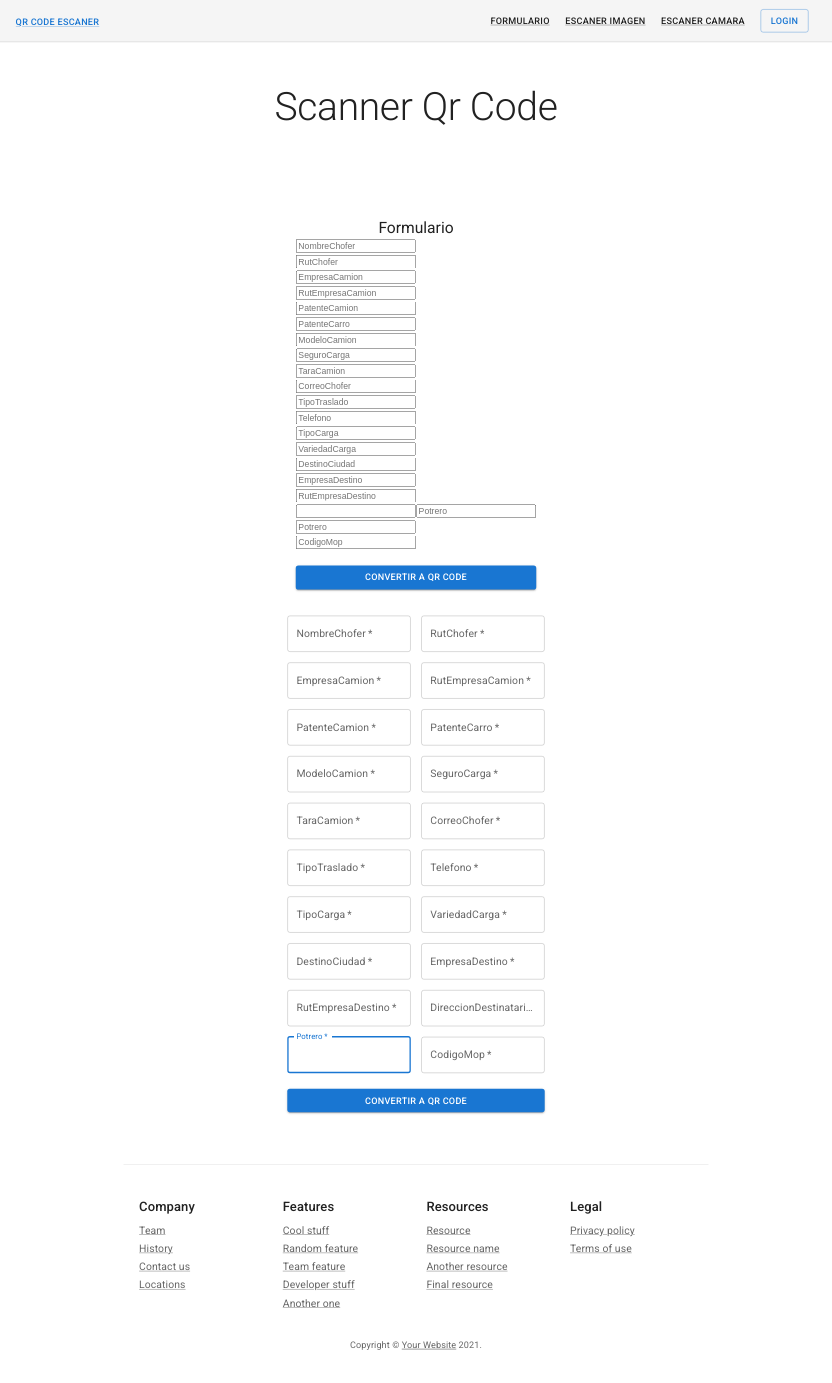
Repository: FlamesAlejandro/QrCodeForm
Page: /form
An editor plug-in stored every save of this project. The page is shown before and after a run of saves, followed by the edit.
The browser window is 1280 px wide. The pictures show the whole page, at 65% of full size.
The project was rebuilt for these pictures with package versions that can differ from the ones it lists, and the page was loaded fresh each time. Also part of the build but not shown: src/App.css, src/components/pages/ImagenEscaner.js, src/components/pages/CamaraEscaner.js, src/components/pages/Home.js.

Above is the page before, as saved 2021-10-24 07:53:46.

### src/App.js
import './App.css';
import { AppRouter } from './routers/AppRouter';

function App() {
  return (
    <>
      <AppRouter />
    </>
  );
}

export default App;

### src/routers/AppRouter.js
import React from 'react'
import { Switch, Route, Redirect, BrowserRouter as Router } from 'react-router-dom'
import CssBaseline from '@mui/material/CssBaseline';
import Typography from '@mui/material/Typography';
import GlobalStyles from '@mui/material/GlobalStyles';
import Container from '@mui/material/Container';
import { MainNavbar } from '../components/ui/MainNavbar';
import { MainFooter } from '../components/ui/MainFooter';
import { Form } from '../components/pages/Form';
import { ImagenEscaner } from '../components/pages/ImagenEscaner';
import { CamaraEscaner } from '../components/pages/CamaraEscaner';
import { Home } from '../components/pages/Home';

export const AppRouter = () => {
    return (
        <>
        <Router>
            <GlobalStyles styles={{ ul: { margin: 0, padding: 0, listStyle: 'none' } }} />
                <CssBaseline />

                <MainNavbar />

                {/* Hero unit */}
                <Container disableGutters maxWidth="sm" component="main" sx={{ pt: 8, pb: 6 }}>
                    <Typography
                    component="h1"
                    variant="h2"
                    align="center"
                    color="text.primary"
                    gutterBottom
                    >
                    Scanner Qr Code
                    </Typography>

                </Container>

                {/* Contenido */}
                <Container maxWidth="md" component="main">

                    <Switch>
                        <Route exact path="/form" component={ Form } />
                        <Route exact path="/imagen" component={ ImagenEscaner } />
                        <Route exact path="/camara" component={ CamaraEscaner } />
                        <Route exact path="/home" component={ Home } />
                        <Redirect to="/home" />
                    </Switch>

                </Container>

                {/* Footer */}
                <Container
                    maxWidth="md"
                    component="footer"
                    sx={{
                    borderTop: (theme) => `1px solid ${theme.palette.divider}`,
                    mt: 8,
                    py: [3, 6],
                    }}
                >
                    <MainFooter />

                </Container>
                {/* End footer */}
            </Router>
        </>
    )
}

### src/components/ui/MainNavbar.js
import React from 'react'
import AppBar from '@mui/material/AppBar';
import Button from '@mui/material/Button';
import Toolbar from '@mui/material/Toolbar';
import Typography from '@mui/material/Typography';
import Link from '@mui/material/Link';

export const MainNavbar = () => {
    return (
        <>
            <AppBar
                position="static"
                color="default"
                elevation={0}
                sx={{ borderBottom: (theme) => `1px solid ${theme.palette.divider}` }}
            >
                <Toolbar sx={{ flexWrap: 'wrap' }}>
                <Typography variant="h6" color="inherit" noWrap sx={{ flexGrow: 1 }}>
                    <Link
                            variant="button"
                            href="/home"
                        >QR CODE Escaner
                    </Link>
                </Typography>
                <nav>
                    <Link
                        variant="button"
                        color="text.primary"
                        href="/form"
                        sx={{ my: 1, mx: 1.5 }}
                    >
                    Formulario
                    </Link>
                    <Link
                        variant="button"
                        color="text.primary"
                        href="/imagen"
                        sx={{ my: 1, mx: 1.5 }}
                    >
                    Escaner Imagen
                    </Link>
                    <Link
                        variant="button"
                        color="text.primary"
                        href="/camara"
                        sx={{ my: 1, mx: 1.5 }}
                    >
                    Escaner Camara
                    </Link>
                </nav>
                <Button href="/home" variant="outlined" sx={{ my: 1, mx: 1.5 }}>
                    Login
                </Button>
                </Toolbar>
            </AppBar>
        </>
    )
}

### src/components/ui/MainFooter.js
import React from 'react'
import Grid from '@mui/material/Grid';
import Typography from '@mui/material/Typography';
import Link from '@mui/material/Link';

function Copyright(props) {
    return (
      <Typography variant="body2" color="text.secondary" align="center" {...props}>
        {'Copyright © '}
        <Link color="inherit" href="https://mui.com/">
          Your Website
        </Link>{' '}
        {new Date().getFullYear()}
        {'.'}
      </Typography>
    );
  }

  const footers = [
    {
      title: 'Company',
      description: ['Team', 'History', 'Contact us', 'Locations'],
    },
    {
      title: 'Features',
      description: [
        'Cool stuff',
        'Random feature',
        'Team feature',
        'Developer stuff',
        'Another one',
      ],
    },
    {
      title: 'Resources',
      description: ['Resource', 'Resource name', 'Another resource', 'Final resource'],
    },
    {
      title: 'Legal',
      description: ['Privacy policy', 'Terms of use'],
    },
  ];

export const MainFooter = () => {

    return (
        <>
            <Grid container spacing={4} justifyContent="space-evenly">
                {footers.map((footer) => (
                    <Grid item xs={6} sm={3} key={footer.title}>
                    <Typography variant="h6" color="text.primary" gutterBottom>
                        {footer.title}
                    </Typography>
                    <ul>
                        {footer.description.map((item) => (
                        <li key={item}>
                            <Link href="#" variant="subtitle1" color="text.secondary">
                            {item}
                            </Link>
                        </li>
                        ))}
                    </ul>
                    </Grid>
                ))}
            </Grid>
            <Copyright sx={{ mt: 5 }} />
        </>
    )
}

### src/components/pages/Form.js
import React, { useState } from 'react'
import Button from '@mui/material/Button';
import CssBaseline from '@mui/material/CssBaseline';
import TextField from '@mui/material/TextField';
import Grid from '@mui/material/Grid';
import Box from '@mui/material/Box';
import Typography from '@mui/material/Typography';
import Container from '@mui/material/Container';
import QRCode from 'qrcode';
import { useForm } from "react-hook-form";

export const Form = () => {

    const [imgUrl, setImgUrl] = useState('');

    const { register, handleSubmit, formState: { errors } } = useForm();
    const onSubmit = data => console.log(data);
    console.log(errors);

    const generarQrCode = async(event) => {
        try {
            event.preventDefault();
            const data = new FormData(event.currentTarget);
            const response = await QRCode.toDataURL(data);
            setImgUrl(response);

        } catch (error) {
          console.log(error);
        }
    }

    return (
        <>
            <Container component="main" maxWidth="xs">
                <CssBaseline />
                <Box
                sx={{
                    marginTop: 8,
                    display: 'flex',
                    flexDirection: 'column',
                    alignItems: 'center',
                }}
                >
                <Typography component="h1" variant="h5">
                    Formulario
                </Typography>

                <form onSubmit={handleSubmit(onSubmit)}>
                <Grid item xs={12} sm={6}>
                        <input type="text" placeholder="NombreChofer" {...register("NombreChofer", {})} />
                    </Grid>
                    <Grid item xs={12} sm={6}>
                        <input type="text" placeholder="RutChofer" {...register("RutChofer", {})} />
                    </Grid>
                    <Grid item xs={12} sm={6}>
                        <input type="text" placeholder="EmpresaCamion" {...register("EmpresaCamion", {})} />
                    </Grid>
                    <Grid item xs={12} sm={6}>
                        <input type="text" placeholder="RutEmpresaCamion" {...register("RutEmpresaCamion", {})} />
                    </Grid>
                    <Grid item xs={12} sm={6}>
                        <input type="text" placeholder="PatenteCamion" {...register("PatenteCamion", {})} />
                    </Grid>
                    <Grid item xs={12} sm={6}>
                        <input type="text" placeholder="PatenteCarro" {...register("PatenteCarro", {})} />
                    </Grid>
                    <Grid item xs={12} sm={6}>
                        <input type="text" placeholder="ModeloCamion" {...register("ModeloCamion", {})} />
                    </Grid>
                    <Grid item xs={12} sm={6}>
                        <input type="text" placeholder="SeguroCarga" {...register("SeguroCarga", {})} />
                    </Grid>
                    <Grid item xs={12} sm={6}>
                        <input type="text" placeholder="TaraCamion" {...register("TaraCamion", {})} />
                    </Grid>
                    <Grid item xs={12} sm={6}>
                        <input type="text" placeholder="CorreoChofer" {...register("CorreoChofer", {})} />
                    </Grid>
                    <Grid item xs={12} sm={6}>
                        <input type="text" placeholder="TipoTraslado" {...register("TipoTraslado", {})} />
                    </Grid>
                    <Grid item xs={12} sm={6}>
                        <input type="text" placeholder="Telefono" {...register("Telefono", {})} />
                    </Grid>
                    <Grid item xs={12} sm={6}>
                        <input type="text" placeholder="TipoCarga" {...register("TipoCarga", {})} />
                    </Grid>
                    <Grid item xs={12} sm={6}>
                        <input type="text" placeholder="VariedadCarga" {...register("VariedadCarga", {})} />
                    </Grid>
                    <Grid item xs={12} sm={6}>
                        <input type="text" placeholder="DestinoCiudad" {...register("DestinoCiudad", {})} />
                    </Grid>
                    <Grid item xs={12} sm={6}>
                        <input type="text" placeholder="EmpresaDestino" {...register("EmpresaDestino", {})} />
                    </Grid>
                    <Grid item xs={12} sm={6}>
                        <input type="text" placeholder="RutEmpresaDestino" {...register("RutEmpresaDestino", {})} />
                    </Grid>
                    <Grid item xs={12} sm={6}>
                        <input
                        required
                        fullWidth
                        id="DireccionDestinatario"
                        label="DireccionDestinatario"
                        name="DireccionDestinatario"
                        autoComplete="DireccionDestinatario"
                        />
                        <input type="text" placeholder="Potrero" {...register("Potrero", {})} />
                    </Grid>
                    <Grid item xs={12} sm={6}>
                        <input type="text" placeholder="Potrero" {...register("Potrero", {})} />
                    </Grid>
                    <Grid item xs={12} sm={6}>
                        <input type="text" placeholder="CodigoMop" {...register("CodigoMop", {})} />
                    </Grid>
                    <Button
                        type="submit"
                        fullWidth
                        variant="contained"
                        sx={{ mt: 3, mb: 2 }}
                    >
                    Convertir a QR CODE
                    </Button>
                </form>

                <Box component="form" noValidate onSubmit={generarQrCode} sx={{ mt: 3 }}>
                    <Grid container spacing={2}>
                    <Grid item xs={12} sm={6}>
                        <TextField
                        autoComplete="NombreChofer"
                        name="NombreChofer"
                        required
                        fullWidth
                        id="NombreChofer"
                        label="NombreChofer"
                        autoFocus
                        />
                    </Grid>
                    <Grid item xs={12} sm={6}>
                        <TextField
                        required
                        fullWidth
                        id="RutChofer"
                        label="RutChofer"
                        name="RutChofer"
                        autoComplete="RutChofer"
                        />
                    </Grid>
                    <Grid item xs={12} sm={6}>
                        <TextField
                        autoComplete="EmpresaCamion"
                        name="EmpresaCamion"
                        required
                        fullWidth
                        id="EmpresaCamion"
                        label="EmpresaCamion"
                        autoFocus
                        />
                    </Grid>
                    <Grid item xs={12} sm={6}>
                        <TextField
                        required
                        fullWidth
                        id="RutEmpresaCamion"
                        label="RutEmpresaCamion"
                        name="RutEmpresaCamion"
                        autoComplete="RutEmpresaCamion"
                        />
                    </Grid>
                    <Grid item xs={12} sm={6}>
                        <TextField
                        autoComplete="PatenteCamion"
                        name="PatenteCamion"
                        required
                        fullWidth
                        id="PatenteCamion"
                        label="PatenteCamion"
                        autoFocus
                        />
                    </Grid>
                    <Grid item xs={12} sm={6}>
                        <TextField
                        required
                        fullWidth
                        id="PatenteCarro"
                        label="PatenteCarro"
                        name="PatenteCarro"
                        autoComplete="PatenteCarro"
                        />
                    </Grid>
                    <Grid item xs={12} sm={6}>
                        <TextField
                        autoComplete="ModeloCamion"
                        name="ModeloCamion"
                        required
                        fullWidth
                        id="ModeloCamion"
                        label="ModeloCamion"
                        autoFocus
                        />
                    </Grid>
                    <Grid item xs={12} sm={6}>
                        <TextField
                        required
                        fullWidth
                        id="SeguroCarga"
                        label="SeguroCarga"
                        name="SeguroCarga"
                        autoComplete="SeguroCarga"
                        />
                    </Grid>
                    <Grid item xs={12} sm={6}>
                        <TextField
                        autoComplete="TaraCamion"
                        name="TaraCamion"
                        required
                        fullWidth
                        id="TaraCamion"
                        label="TaraCamion"
                        autoFocus
                        />
                    </Grid>
                    <Grid item xs={12} sm={6}>
                        <TextField
                        required
                        fullWidth
                        id="CorreoChofer"
                        label="CorreoChofer"
                        name="CorreoChofer"
                        autoComplete="CorreoChofer"
                        />
                    </Grid>
                    <Grid item xs={12} sm={6}>
                        <TextField
                        autoComplete="TipoTraslado"
                        name="TipoTraslado"
                        required
                        fullWidth
                        id="TipoTraslado"
                        label="TipoTraslado"
                        autoFocus
                        />
                    </Grid>
                    <Grid item xs={12} sm={6}>
                        <TextField
                        required
                        fullWidth
                        id="Telefono"
                        label="Telefono"
                        name="Telefono"
                        autoComplete="Telefono"
                        />
                    </Grid>
                    <Grid item xs={12} sm={6}>
                        <TextField
                        autoComplete="TipoCarga"
                        name="TipoCarga"
                        required
                        fullWidth
                        id="TipoCarga"
                        label="TipoCarga"
                        autoFocus
                        />
                    </Grid>
                    <Grid item xs={12} sm={6}>
                        <TextField
                        required
                        fullWidth
                        id="VariedadCarga"
                        label="VariedadCarga"
                        name="VariedadCarga"
                        autoComplete="VariedadCarga"
                        />
                    </Grid>
                    <Grid item xs={12} sm={6}>
                        <TextField
                        autoComplete="DestinoCiudad"
                        name="DestinoCiudad"
                        required
                        fullWidth
                        id="DestinoCiudad"
                        label="DestinoCiudad"
                        autoFocus
                        />
                    </Grid>
                    <Grid item xs={12} sm={6}>
                        <TextField
                        required
                        fullWidth
                        id="EmpresaDestino"
                        label="EmpresaDestino"
                        name="EmpresaDestino"
                        autoComplete="EmpresaDestino"
                        />
                    </Grid>
                    <Grid item xs={12} sm={6}>
                        <TextField
                        autoComplete="RutEmpresaDestino"
                        name="RutEmpresaDestino"
                        required
                        fullWidth
                        id="RutEmpresaDestino"
                        label="RutEmpresaDestino"
                        autoFocus
                        />
                    </Grid>
                    <Grid item xs={12} sm={6}>
                        <TextField
                        required
                        fullWidth
                        id="DireccionDestinatario"
                        label="DireccionDestinatario"
                        name="DireccionDestinatario"
                        autoComplete="DireccionDestinatario"
                        />
                    </Grid>
                    <Grid item xs={12} sm={6}>
                        <TextField
                        autoComplete="Potrero"
                        name="Potrero"
                        required
                        fullWidth
                        id="Potrero"
                        label="Potrero"
                        autoFocus
                        />
                    </Grid>
                    <Grid item xs={12} sm={6}>
                        <TextField
                        required
                        fullWidth
                        id="CodigoMop"
                        label="CodigoMop"
                        name="CodigoMop"
                        autoComplete="CodigoMop"
                        />
                    </Grid>
                    </Grid>
                    <Button
                        type="submit"
                        fullWidth
                        variant="contained"
                        sx={{ mt: 3, mb: 2 }}
                    >
                    Convertir a QR CODE
                    </Button>
                </Box>
                </Box>
                {imgUrl ? (
                    <a href={imgUrl} download>
                        <img src={imgUrl} alt="img" />
                    </a>)
                : null}
            </Container>
        </>
    )
}

Loaded but not shown: public/index.html (common file); src/index.js (common file); src/index.css (common file); src/reportWebVitals.js (common file)

After the next 3 saves:
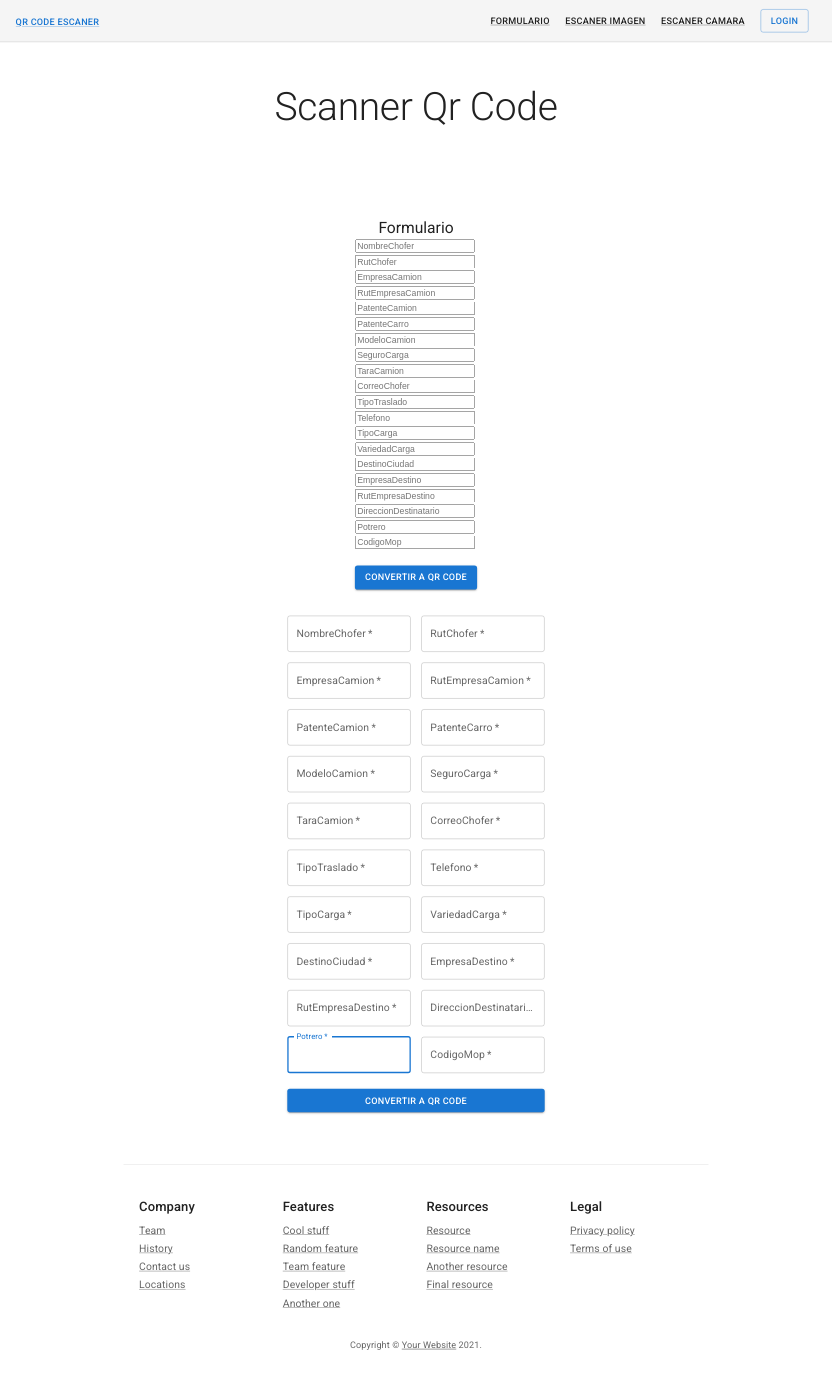
The 3 saves are shown as one change because they came seconds apart.
The last was saved 8 s later.
--- a/src/components/pages/Form.js
+++ b/src/components/pages/Form.js
@@ -98,15 +98,7 @@ export const Form = () => {
                         <input type="text" placeholder="RutEmpresaDestino" {...register("RutEmpresaDestino", {})} />
                     </Grid>
                     <Grid item xs={12} sm={6}>
-                        <input
-                        required
-                        fullWidth
-                        id="DireccionDestinatario"
-                        label="DireccionDestinatario"
-                        name="DireccionDestinatario"
-                        autoComplete="DireccionDestinatario"
-                        />
-                        <input type="text" placeholder="Potrero" {...register("Potrero", {})} />
+                        <input type="text" placeholder="DireccionDestinatario" {...register("DireccionDestinatario", {})} />
                     </Grid>
                     <Grid item xs={12} sm={6}>
                         <input type="text" placeholder="Potrero" {...register("Potrero", {})} />
